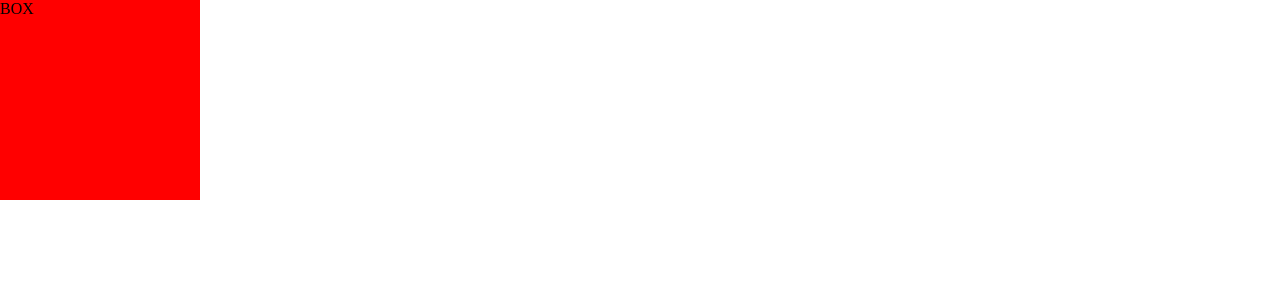
Repository: yamadan96/WEB-CAMP
Page: practice/index.html
An editor plug-in stored every save of this project. The page is shown before and after the next save, followed by the edit.
The browser window is 1280 px wide. The pictures show the whole page.

Above is the page before, as saved 2022-04-06 04:39:49.

### practice/index.html
<!DOCTYPE html>
<html lang="ja">

<head>
  <meta charset="UTF-8" />
  <link rel="stylesheet" href="css/style.css" />
  <title>練習</title>
</head>

<body>
  <div class="box">
    <p class="box-txt">BOX</p>
  </div>
</body>

</html>

### practice/css/style.css
* {
    margin: 0;
    padding: 0;
  }

  .box {
    background-color: red;
    width: 200px;
    height: 200px;
    border 3px solid #000;
  }

After the next save:
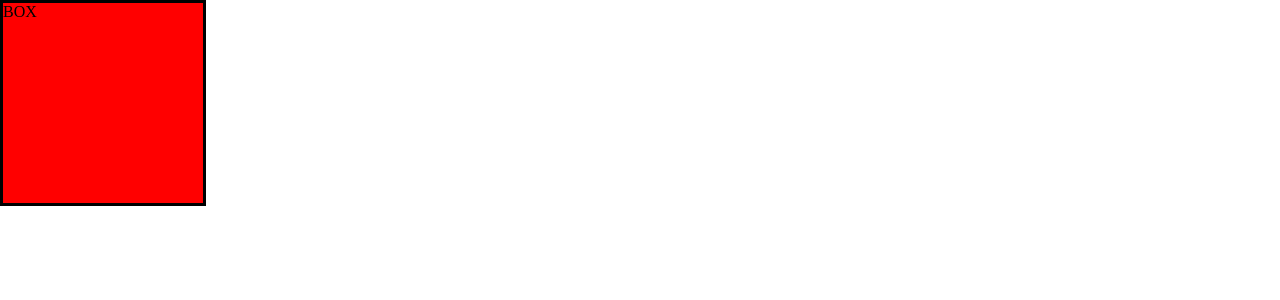
Saved 14 s later.
--- a/practice/css/style.css
+++ b/practice/css/style.css
@@ -7,5 +7,5 @@
     background-color: red;
     width: 200px;
     height: 200px;
-    border 3px solid #000;
+    border: 3px solid #000;
   }
